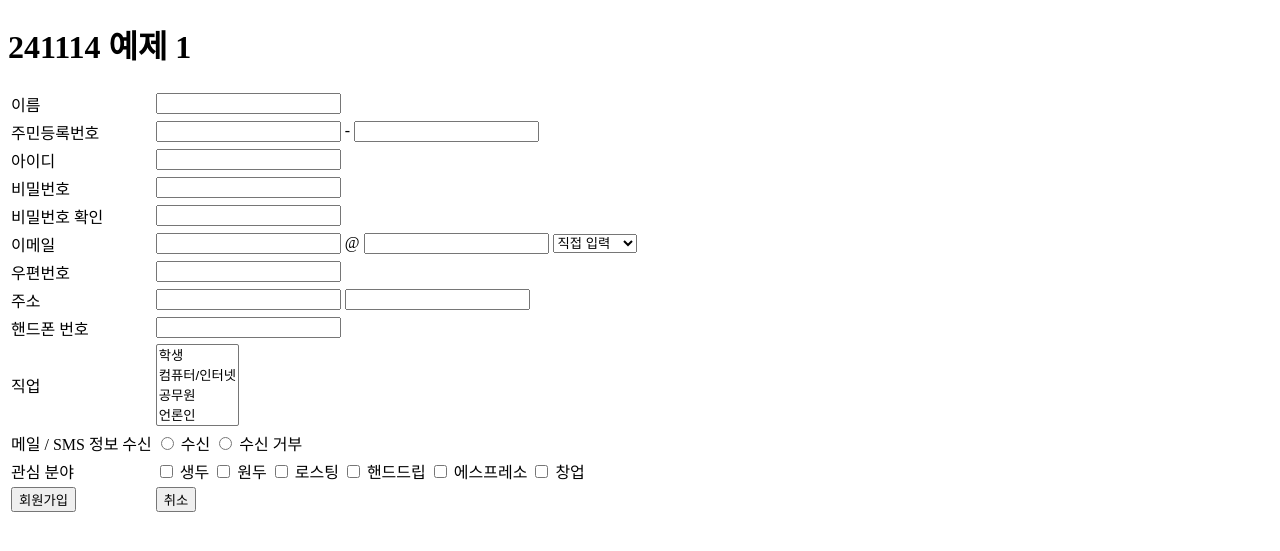
Repository: jsunnypi/JSP
Page: http://localhost/Test/inputForm.jsp
These files come from the project's save history. The page is drawn as it stood at one moment and after the next save; the edit follows.
The browser window is 1280 px wide. The pictures show the whole page.
The page is served by Tomcat 9.

Above is the page before, as saved 2024-11-14 05:09:29.

### Test/src/main/webapp/inputForm.jsp
<%@ page language="java" contentType="text/html; charset=UTF-8"
    pageEncoding="UTF-8"%>
<!DOCTYPE html>
<html>
<head>
<meta charset="UTF-8">
<title>Insert title here</title>
</head>
<body>
	<h1>241114 예제 1</h1>
	<form method="post" action="inputlist.jsp">
		<table>
			<tr>
				<td> 이름 </td>
				<td>
					<input type="text" name="name" >
				</td>
			</tr>

			<tr>
				<td> 주민등록번호 </td>
				<td>
					<input type="text" name="bd">
				-
					<input type="password" name="bd" >
				</td>
			</tr>

			<tr>
				<td> 아이디 </td>
				<td>
					<input type="text" name="id" >
				</td>
			</tr>

			<tr>
				<td> 비밀번호 </td>
				<td>
					<input type="password" name="pw" >
				</td>
			</tr>

			<tr>
				<td> 비밀번호 확인 </td>
				<td>
					<input type="password" name="pwcheck" >
				</td>
			</tr>

			<tr>
				<td> 이메일 </td>
				<td>
					<input type="text" name="email" >
				 @
					<input type="text" name="com" >

					<select id="email" name="com" size="1">
						<option value="직접">직접 입력</option>
						<option value="네이버">naver.com</option>
						<option value="다음">daum.net</option>
						<option value="구글">gmail.com</option>
						<option value="네이트">nate.com</option>
					</select>
				</td>
			</tr>

			<tr>
				<td> 우편번호 </td>
				<td>
					<input type="text" name="postnumber" >
				</td>
			</tr>

			<tr>
				<td> 주소 </td>
				<td>
					<input type="text" name="addr" >

					<input type="text" name="addr2" >
				</td>
			</tr>

			<tr>
				<td> 핸드폰 번호 </td>
				<td>
					<input type="text" name="phone" >
				</td>
			</tr>

			<tr>
				<td> 직업 </td>
				<td>
					<select size="4">
						<option value="학생">학생</option>
						<option value="컴퓨터/인터넷">컴퓨터/인터넷</option>
						<option value="공무원">공무원</option>
						<option value="언론인">언론인</option>

					</select>
				</td>
			</tr>

			<tr>
				<td> 메일 / SMS 정보 수신</td>
				<td>
					<input type="radio" name="agree" value="ok"> 수신
					<input type="radio" name="agree" value="no"> 수신 거부
				</td>
			</tr>

			<tr>
				<td> 관심 분야 </td>
				<td>
					<input type="checkbox" name="interest" value="1"> 생두
					<input type="checkbox" name="interest" value="2"> 원두
					<input type="checkbox" name="interest" value="3"> 로스팅
					<input type="checkbox" name="interest" value="4"> 핸드드립
					<input type="checkbox" name="interest" value="5"> 에스프레소
					<input type="checkbox" name="interest" value="6"> 창업
				</td>
			</tr>

			<tr>
			<td>
				<input type="submit" value="회원가입">
			</td>
			<td>
				<input type="reset" value="취소">
			</td>
			</tr>





















		</table>

	</form>

</body>
</html>

After the next save:
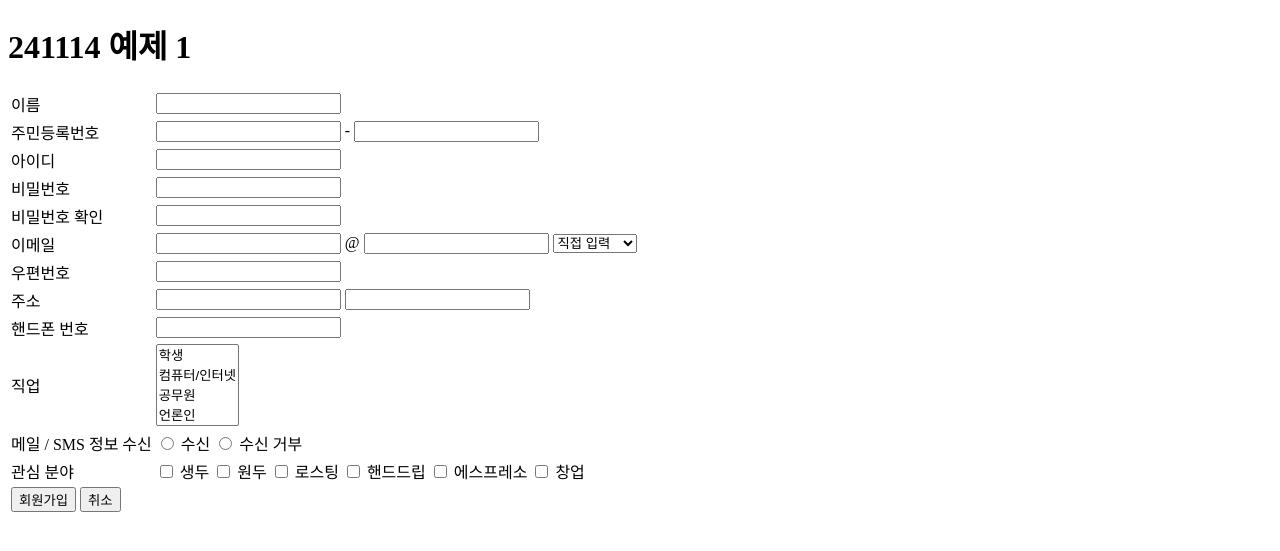
Saved 39 s later.
--- a/Test/src/main/webapp/inputForm.jsp
+++ b/Test/src/main/webapp/inputForm.jsp
@@ -121,12 +121,11 @@
 			</tr>
 
 			<tr>
-			<td>
-				<input type="submit" value="회원가입">
-			</td>
-			<td>
-				<input type="reset" value="취소">
-			</td>
+				<td>
+					<input type="submit" value="회원가입">
+
+					<input type="reset" value="취소">
+				</td>
 			</tr>
 
 
